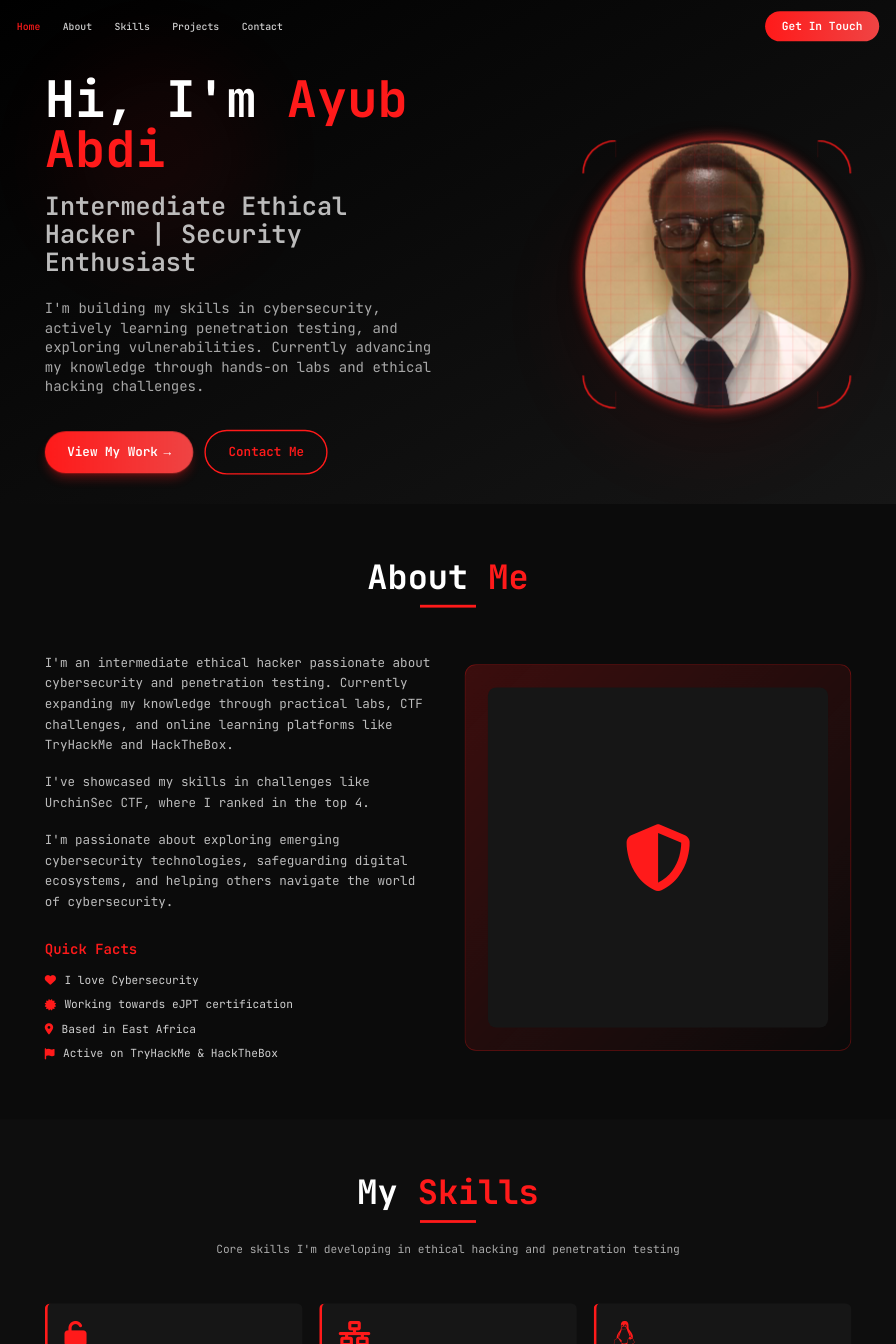
Repository: Eyub-Abdi/portfolio
Page: /
An editor plug-in stored every save of this project. The page is shown before and after the next save, followed by the edit.
The browser window is 1280 px wide. The pictures show the part of the page from y = 0 to 1920 px (the page is 5001 px tall), at 70% of full size.
The project was rebuilt for these pictures with package versions that can differ from the ones it lists, and the page was loaded fresh each time. Also part of the build but not shown: vite.config.ts.

Above is the page before, as saved 2025-12-02 12:22:14.

After the next save:
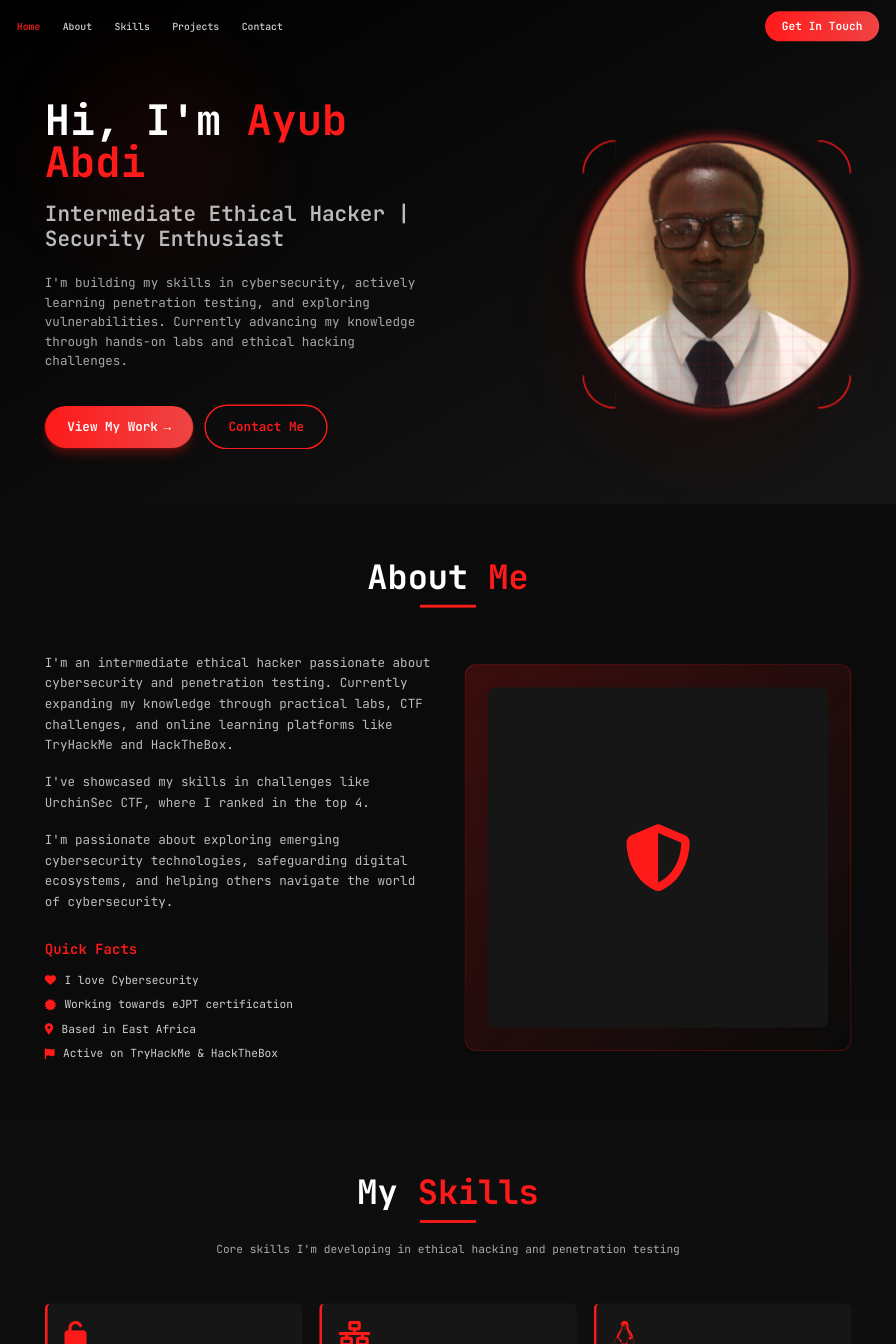
Saved 47 s later.
--- a/src/App.tsx
+++ b/src/App.tsx
@@ -117,13 +117,13 @@ function App() {
           <div className="grid md:grid-cols-2 gap-12 items-center">
             {/* Text Content */}
             <div className="text-center md:text-left">
-              <h1 className="text-5xl md:text-6xl lg:text-7xl font-bold text-white mb-6 leading-tight">
+              <h1 className="text-4xl md:text-5xl lg:text-6xl font-bold text-white mb-6 leading-tight">
                 Hi, I'm <span className="text-red-terminal">Ayub Abdi</span>
               </h1>
 
-              <h2 className="text-2xl md:text-3xl lg:text-4xl font-semibold text-gray-text/90 mb-8">Intermediate Ethical Hacker | Security Enthusiast</h2>
-
-              <p className="text-lg md:text-xl text-gray-text/80 mb-12 leading-relaxed">I'm building my skills in cybersecurity, actively learning penetration testing, and exploring vulnerabilities. Currently advancing my knowledge through hands-on labs and ethical hacking challenges.</p>
+              <h2 className="text-xl md:text-2xl lg:text-3xl font-semibold text-gray-text/90 mb-8">Intermediate Ethical Hacker | Security Enthusiast</h2>
+
+              <p className="text-base md:text-lg text-gray-text/80 mb-12 leading-relaxed">I'm building my skills in cybersecurity, actively learning penetration testing, and exploring vulnerabilities. Currently advancing my knowledge through hands-on labs and ethical hacking challenges.</p>
 
               <div className="flex flex-col sm:flex-row gap-4 justify-center md:justify-start items-center">
                 <a
